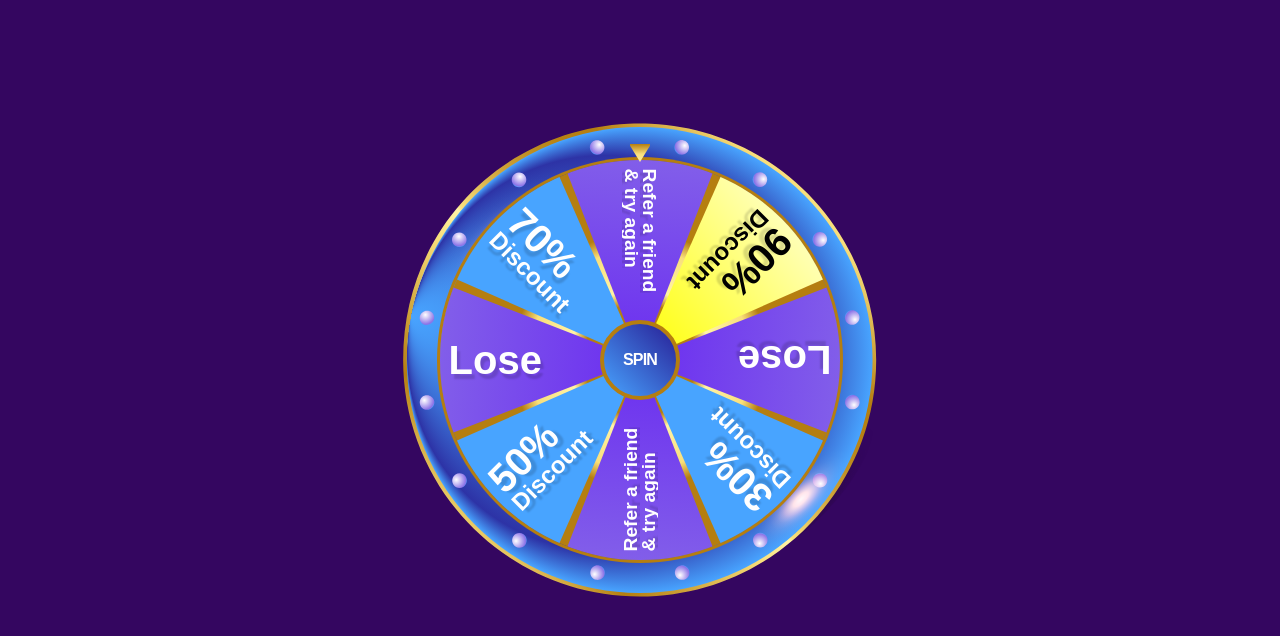
Repository: Jacques-Jaki-Morkel/FundedMarketplace_WheelofFortune
Page: index.html
The author's editor kept a copy of each file at every save. The page is drawn from the files as they stood at one save, then again after the next save.
The browser window is 1280 px wide. The pictures show the whole page.

Above is the page before, as saved 2025-08-14 14:35:22.

After the next save:
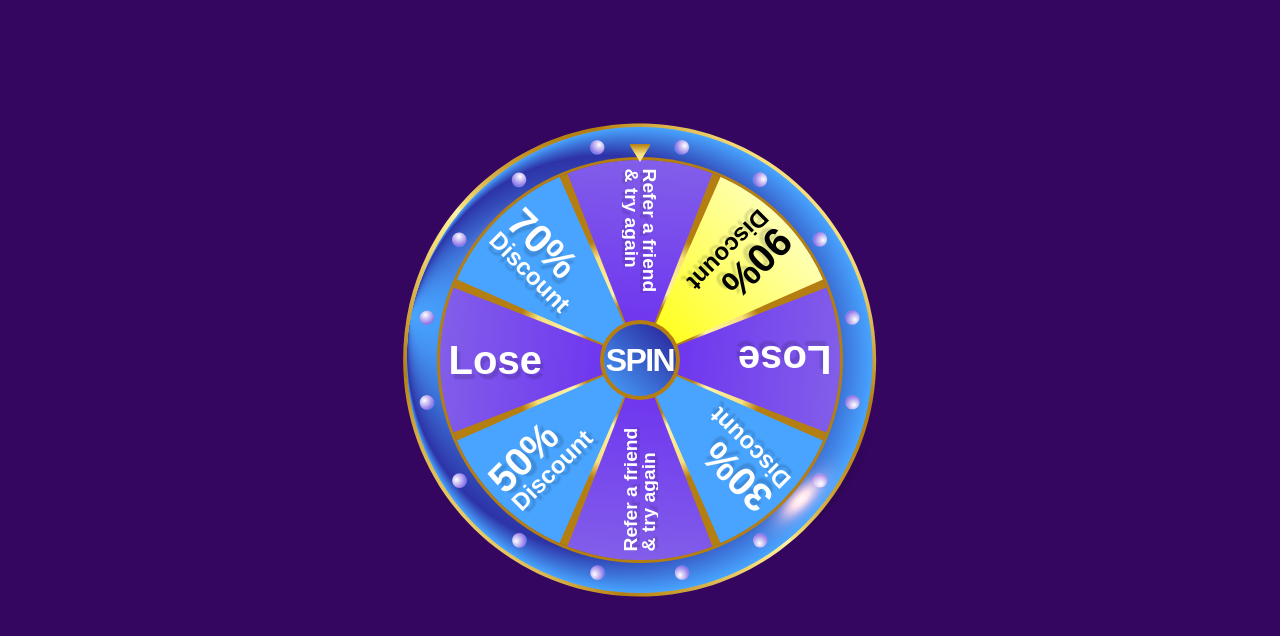
Saved 14 s later.
--- a/styles.css
+++ b/styles.css
@@ -34,6 +34,7 @@ body {
     align-items: center;
     text-transform: uppercase;
     font-weight: 800;
+    font-size: 2em;
     color: #fff;
     letter-spacing: -0.05em;
     border: 4px solid #b57e10;
